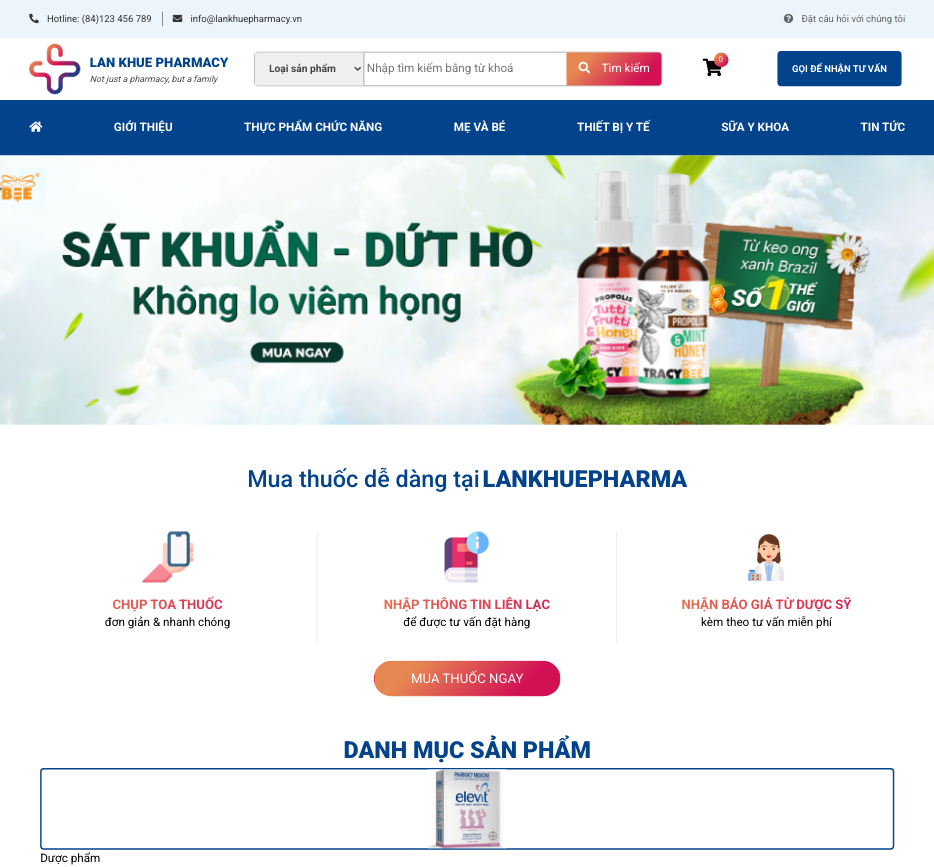
Repository: haianh12082001/Lan-khue
Page: index.html
These files come from the project's save history. The page is drawn as it stood at one moment and after the next save; the edit follows.
The browser window is 1280 px wide. The pictures show the whole page, at 73% of full size.
Some web libraries are served in a nearby version. The style sheet was rebuilt from its Sass, Less or Tailwind sources for each picture, by a compiler version that may differ from the author's.

Above is the page before, as saved 2021-12-18 14:21:21.

### index.html
<!DOCTYPE html>
<html lang="en">
    <head>
        <meta charset="UTF-8" />
        <meta http-equiv="X-UA-Compatible" content="IE=edge" />
        <meta name="viewport" content="width=device-width, initial-scale=1.0" />
        <title>Document</title>
        <link href="https://fonts.googleapis.com/css2?family=Roboto:wght@400;500;700;900&display=swap" rel="stylesheet" />
        <link rel="stylesheet" href="./assets/fonts/fontawesome-free-5.15.3/css/all.min.css" />
        <link
            rel="stylesheet"
            href="https://cdn.jsdelivr.net/npm/bootstrap@4.6.0/dist/css/bootstrap.min.css"
            integrity="sha384-B0vP5xmATw1+K9KRQjQERJvTumQW0nPEzvF6L/Z6nronJ3oUOFUFpCjEUQouq2+l"
            crossorigin="anonymous"
        />
        <link rel="stylesheet" type="text/css" href="https://cdn.jsdelivr.net/npm/slick-carousel@1.8.1/slick/slick.css" />
        <link rel="stylesheet" href="./assets/css/app.css" />
    </head>
    <body>
        <div class="top-header">
            <div class="container">
                <div class="py-3 d-flex justify-content-between align-items-center">
                    <div class="info d-flex">
                        <div class="top-header-hotline">
                            <i class="fas fa-phone-alt"></i>
                            Hotline: (84)123 456 789
                        </div>
                        <div class="top-header-email">
                            <i class="fas fa-envelope"></i>
                            info@lankhuepharmacy.vn
                        </div>
                    </div>
                    <div class="question">
                        <a href="">
                            <i class="fas fa-question-circle"></i>
                            Đặt câu hỏi với chúng tôi
                        </a>
                    </div>
                </div>
            </div>
        </div>
        <header class="header">
            <div class="header-searchbar py-2">
                <div class="container">
                    <div class="row align-items-center">
                        <div class="col-lg-3 col-3">
                            <div class="header-logo">
                                <a href="" class="d-flex flex-shrink-0">
                                    <img src="./assets/img/logo.png" alt="" />
                                    <div class="body">
                                        <div class="name">LAN KHUE PHARMACY</div>
                                        <div class="slogan">Not just a pharmacy, but a family</div>
                                    </div>
                                </a>
                            </div>
                        </div>
                        <div class="col-lg-6 col-3">
                            <div class="input-group">
                                <form action="" class="header-search">
                                    <select name="CatId" id="catalog">
                                        <option value="">Loại sản phẩm</option>
                                        <option value="">Danh mục thuốc</option>
                                        <option value="">Thực Phẩm Chức Năng</option>
                                        <option value="">Mẹ Và Bé</option>
                                        <option value="">Thiết Bị Y Tế</option>
                                        <option value="">Sữa y khoa</option>
                                        <option value="">Các sản phẩm khác</option>
                                    </select>
                                    <input type="text" placeholder="Nhập tìm kiếm bằng từ khoá" />

                                    <button type="submit">
                                        <i class="fas fa-search"></i>
                                        Tìm kiếm
                                    </button>
                                </form>
                            </div>
                        </div>
                        <div class="col-lg-1 col-3 d-flex align-items-center">
                            <div class="header-cart position-relative">
                                <i class="fas fa-shopping-cart"></i>
                                <span id="itemshop">0</span>
                            </div>
                        </div>
                        <div class="col-lg-2 col-3 d-none d-lg-block">
                            <a href="" class="header-btn"> Gọi để nhận tư vấn </a>
                        </div>
                    </div>
                </div>
            </div>
            <div class="header-menu">
                <div class="container">
                    <ul class="menu-list">
                        <li class="menu-item">
                            <a href=""><i class="fas fa-home"></i></a>
                        </li>
                        <li class="menu-item">
                            <a href="">Giới thiệu</a>
                        </li>
                        <li class="menu-item">
                            <a href="">Thực phẩm chức năng</a>
                        </li>
                        <li class="menu-item">
                            <a href="">Mẹ và bé</a>
                        </li>
                        <li class="menu-item">
                            <a href="">Thiết bị y tế</a>
                        </li>
                        <li class="menu-item">
                            <a href="">Sữa y khoa</a>
                        </li>
                        <li class="menu-item">
                            <a href="">Tin tức</a>
                        </li>
                    </ul>
                </div>
            </div>
        </header>
        <section class="banner">
            <img src="./assets/img/banner.jpg" alt="" />
        </section>
        <!-- Mua thuốc dễ dàng tại lankhuepharma -->
        <section class="section-buy-medicine">
            <div class="container">
                <div class="text-center">
                    <span class="title-sub">Mua thuốc dễ dàng tại</span>
                    <span class="section-title">lankhuepharma</span>
                </div>
                <div class="row pt-lg-5">
                    <div class="col-lg-4 item">
                        <div class="text-center">
                            <img src="./assets/img/buy-medicine/selfie 1.png" alt="" />
                            <div class="body p-3">
                                <div class="name">Chụp toa thuốc</div>
                                <div class="des">đơn giản & nhanh chóng</div>
                            </div>
                        </div>
                    </div>
                    <div class="col-lg-4 item">
                        <div class="text-center">
                            <img src="./assets/img/buy-medicine/Group 375.png" alt="" />
                            <div class="body p-3">
                                <div class="name">nhập thông tin liên lạc</div>
                                <div class="des">để được tư vấn đặt hàng</div>
                            </div>
                        </div>
                    </div>
                    <div class="col-lg-4 item">
                        <div class="text-center">
                            <img src="./assets/img/buy-medicine/pharmacist 1.png" alt="" />
                            <div class="body p-3">
                                <div class="name">nhận báo giá từ dược sỹ</div>
                                <div class="des">kèm theo tư vấn miễn phí</div>
                            </div>
                        </div>
                    </div>
                </div>
                <div class="text-center pt-lg-4">
                    <a href="" class="btn">Mua thuốc ngay</a>
                </div>
            </div>
        </section>
        <!-- Danh mục sản phẩm -->
        <section class="product-category">
            <div class="container">
                <div class="section-title text-center">danh mục sản phẩm</div>
                <div class="list">
                    <div class="item">
                        <div class="product-category-img">
                            <img src="./assets/img/product-category/elevit-196915 1.jpg" alt="" />
                        </div>
                        <div class="name">Dược phẩm</div>
                    </div>
                </div>
            </div>
        </section>
        <script type="text/javascript" src="https://code.jquery.com/jquery-1.11.0.min.js"></script>
        <script type="text/javascript" src="https://code.jquery.com/jquery-migrate-1.2.1.min.js"></script>
        <script
            src="https://cdnjs.cloudflare.com/ajax/libs/bootstrap/4.6.0/js/bootstrap.min.js"
            integrity="sha512-XKa9Hemdy1Ui3KSGgJdgMyYlUg1gM+QhL6cnlyTe2qzMCYm4nAZ1PsVerQzTTXzonUR+dmswHqgJPuwCq1MaAg=="
            crossorigin="anonymous"
            referrerpolicy="no-referrer"
        ></script>
        <script type="text/javascript" src="https://cdn.jsdelivr.net/npm/slick-carousel@1.8.1/slick/slick.min.js"></script>
    </body>
</html>

### assets/sass/app.scss
@import "variables";
@import "mixin";
@import "reset";
@import "global";
@import "header";
@import "body";

### assets/sass/_variables.scss
$black: #000;
$gray: #656565;
$blue: #02438b;
$white: #ffffff;
$background-gradient: linear-gradient(134.52deg, #e68651 21.07%, #d21155 79.08%);

### assets/sass/_mixin.scss
@mixin maxWidth($q) {
    @media screen and (max-width: $q) {
        @content;
    }
}
@mixin minWidth($q) {
    @media screen and (min-width: $q) {
        @content;
    }
}

@mixin text-gradient {
    color: transparent;
    background-clip: text;
    -webkit-background-clip: text;
    background-image: linear-gradient(to right, #e68651, #d21155);
}

### assets/sass/_reset.scss
html {
    box-sizing: border-box;
    scroll-behavior: smooth;
}
* {
    margin: 0;
    padding: 0;
}
*,
*:before,
*:after {
    box-sizing: border-box;
}
input,
textarea,
select,
button {
    outline: none;
}
input {
    line-height: normal;
    outline: none;
    box-shadow: none;
}
input:focus {
    outline: 0;
    border: none;
    box-shadow: none;
}
ul,
li {
    margin: 0;
    padding: 0;
    list-style: none;
}
label,
button {
    cursor: pointer;
}
a {
    text-decoration: none;

    &:hover {
        text-decoration: none;
    }
}
img {
    max-width: 100%;
    object-fit: cover;
}
.gutters-5 > [class*="col-"] {
    padding-right: 5px;
    padding-left: 5px;
}

### assets/sass/_global.scss
.container {
    max-width: 1230px;
    margin: 0 auto;
    padding: 0 15px;
}
body {
    margin: 0;
    padding: 0;
    width: 100%;
    font-size: 16px;
    color: $black;
    font-family: "Roboto", sans-serif;
    @include maxWidth(768px) {
        font-size: 14px;
    }
}
.section-title {
    font-size: 32px;
    text-transform: uppercase;
    color: $blue;
    font-weight: 900;
}

### assets/sass/_header.scss
.top-header {
    background: #ebf5fb;
    font-size: 13px;
    color: $gray;
    .info {
        color: #333333;
    }
    .question a {
        color: $gray;
    }
    i {
        margin-right: 8px;
    }
}
.top-header-hotline {
    padding-right: 14px;
    border-right: 1px solid $gray;
}
.top-header-email {
    padding-left: 14px;
}
.header-logo {
    flex: 1;
    img {
        width: 70px;
        height: 69px;
        object-fit: contain;
    }
    .body {
        margin-left: 13px;
        display: flex;
        flex-direction: column;
        justify-content: center;
    }
    .name {
        font-weight: 900;
        color: $blue;
        font-size: 18px;
    }
    .slogan {
        font-size: 12px;
        color: #4a4a4a;
        font-style: italic;
    }
}
.header-search {
    background: #ffffff;
    border: 1px solid #949494;
    box-sizing: border-box;
    border-radius: 5px;
    #catalog {
        border: none;
        padding: 0 16px;
        height: 100%;
        width: 150px;
        font-size: 14px;
        color: #444444;
        font-weight: bold;
        border-right: 0.25px solid #949494;
        // width: 30%;
    }
    input {
        border: none;
        width: 270px;
        // max-width: 300px;
    }
    button {
        background: $background-gradient;
        border: none;
        height: 45px;
        padding: 0 16px;
        border-radius: 0px 5px 5px 0px;
        color: $white;
        i {
            margin-right: 12px;
        }
    }
}
.header-cart {
    i {
        font-size: 24px;
    }
    span {
        width: 20px;
        height: 20px;
        display: flex;
        align-items: center;
        justify-content: center;
        position: absolute;
        background: $background-gradient;
        border-radius: 100rem;
        top: -8px;
        right: -8px;
        font-size: 11px;
        color: $white;
    }
}
.header-btn {
    padding: 14px 20px;
    background: $blue;
    display: inline-block;
    border-radius: 5px;
    color: $white;
    font-weight: 700;
    text-transform: uppercase;
    font-size: 13px;
    &:hover {
        color: $white;
    }
}
.header-menu {
    background: $blue;
}
.menu-list {
    display: flex;
    justify-content: space-between;
    text-transform: uppercase;
    padding: 26px 0;
    font-weight: 700;
    a {
        color: $white;
    }
}

### assets/sass/_body.scss
.banner img {
    height: 369px;
    width: 100%;
    object-fit: cover;
}
.section-buy-medicine {
    padding: 50px 0;
    .title-sub {
        color: $blue;
        font-size: 32px;
        font-weight: 500;
    }
    .item {
        border-right: 1px solid #e1e7ed;
        &:last-child {
            border: none;
        }
    }
    .name {
        text-transform: uppercase;
        font-size: 18px;
        font-weight: bold;
        @include text-gradient;
    }
    img {
        max-height: 70px;
    }
    .btn {
        background: $background-gradient;
        text-transform: uppercase;
        color: $white;
        font-size: 18px;
        padding: 10px 50px;
        border-radius: 50px;
    }
}
.product-category {
    .item {
        height: 112px;
        padding: 0 15px;
    }
    &-img {
        border: 2px solid $blue;
        border-radius: 5px;
        display: flex;
        justify-content: center;
        height: 112px;
    }
}

Loaded but not shown: assets/fonts/fontawesome-free-5.15.3/css/all.min.css (library)

After the next save:
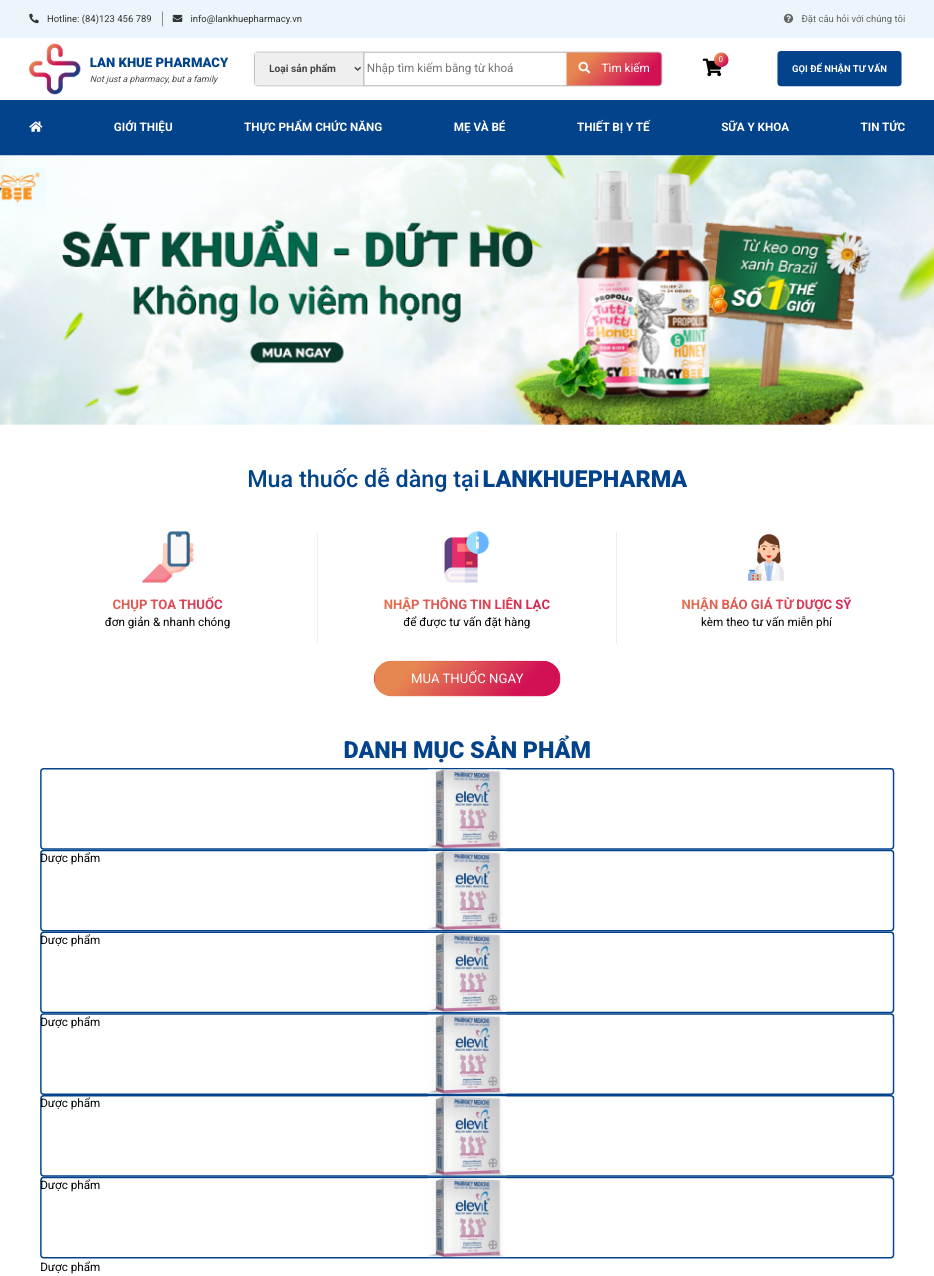
Saved 20 s later.
--- a/index.html
+++ b/index.html
@@ -170,6 +170,36 @@
                         </div>
                         <div class="name">Dược phẩm</div>
                     </div>
+                    <div class="item">
+                        <div class="product-category-img">
+                            <img src="./assets/img/product-category/elevit-196915 1.jpg" alt="" />
+                        </div>
+                        <div class="name">Dược phẩm</div>
+                    </div>
+                    <div class="item">
+                        <div class="product-category-img">
+                            <img src="./assets/img/product-category/elevit-196915 1.jpg" alt="" />
+                        </div>
+                        <div class="name">Dược phẩm</div>
+                    </div>
+                    <div class="item">
+                        <div class="product-category-img">
+                            <img src="./assets/img/product-category/elevit-196915 1.jpg" alt="" />
+                        </div>
+                        <div class="name">Dược phẩm</div>
+                    </div>
+                    <div class="item">
+                        <div class="product-category-img">
+                            <img src="./assets/img/product-category/elevit-196915 1.jpg" alt="" />
+                        </div>
+                        <div class="name">Dược phẩm</div>
+                    </div>
+                    <div class="item">
+                        <div class="product-category-img">
+                            <img src="./assets/img/product-category/elevit-196915 1.jpg" alt="" />
+                        </div>
+                        <div class="name">Dược phẩm</div>
+                    </div>
                 </div>
             </div>
         </section>
